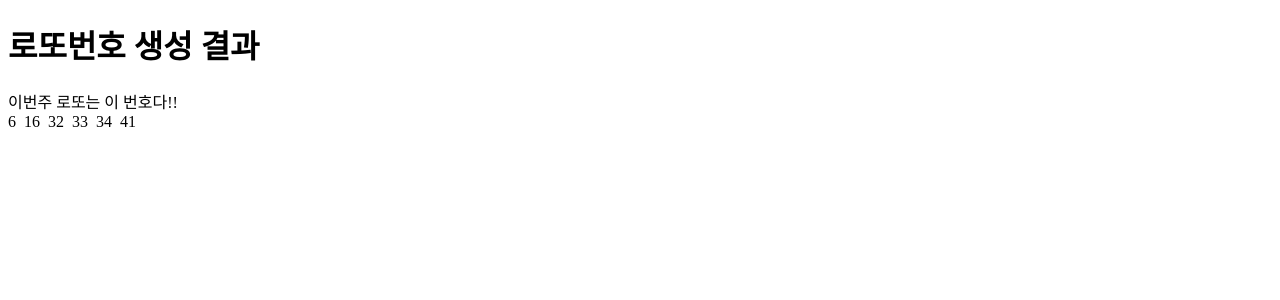
Repository: eun-chongzzz/jsp_practice
Page: http://localhost/JSPBasic/jspTag/TagQ03.jsp
These files come from the project's save history. The page is drawn as it stood at one moment and after the next save; the edit follows.
The browser window is 1280 px wide. The pictures show the whole page.
The page is served by Tomcat 9.

Above is the page before, as saved 2022-02-03 01:51:03.

### JSPBasic/src/main/webapp/jspTag/TagQ03.jsp
<%@ page import="java.util.*"%>
<%@ page language="java" contentType="text/html; charset=UTF-8"
    pageEncoding="UTF-8"%>
<!DOCTYPE html>
<html>
<head>
<meta charset="UTF-8">
<title>Insert title here</title>
</head>
<body>
	<h1>로또번호 생성 결과</h1>
	<p>이번주 로또는 이 번호다!!<br>
	<%
	List<Integer> lotto = new ArrayList<>();
	while(true) {
		int rn = (int)(Math.random() * 45) + 1;
		// contains(): 리스트 내부에 해당 객체가 존재하면 true
		if(!lotto.contains(rn)){
			lotto.add(rn);
		}
		if(lotto.size() == 6) {
			break;
		}
	}
	// 리스트의 오름차 정렬방법
	Collections.sort(lotto);

	for (Integer num : lotto){
		out.println(num + "&nbsp;");
		Thread.sleep(700); //CPU를 잠시 멈추는 메서드
		out.flush(); //브라우저의 출력 버퍼를 비우는 메서드.
	}
	%>

	</p>
</body>
</html>

After the next save:
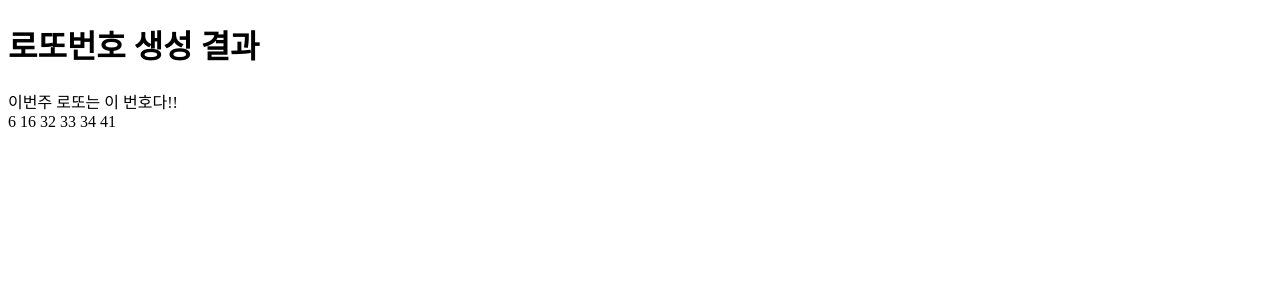
Saved 10 min 3 s later.
--- a/JSPBasic/src/main/webapp/jspTag/TagQ03.jsp
+++ b/JSPBasic/src/main/webapp/jspTag/TagQ03.jsp
@@ -26,7 +26,7 @@
 	Collections.sort(lotto);
 
 	for (Integer num : lotto){
-		out.println(num + "&nbsp;");
+		out.println(num );
 		Thread.sleep(700); //CPU를 잠시 멈추는 메서드
 		out.flush(); //브라우저의 출력 버퍼를 비우는 메서드.
 	}

After the save that followed:
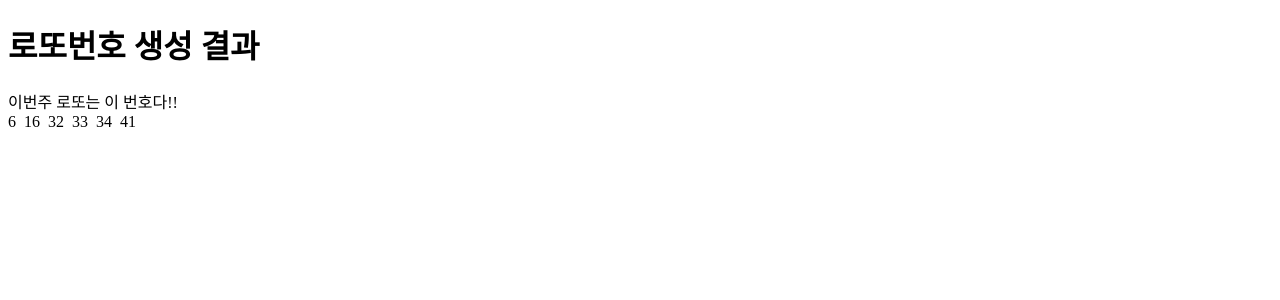
Saved 2 min 12 s later.
--- a/JSPBasic/src/main/webapp/jspTag/TagQ03.jsp
+++ b/JSPBasic/src/main/webapp/jspTag/TagQ03.jsp
@@ -14,7 +14,7 @@
 	List<Integer> lotto = new ArrayList<>();
 	while(true) {
 		int rn = (int)(Math.random() * 45) + 1;
-		// contains(): 리스트 내부에 해당 객체가 존재하면 true
+		// contains(): 리스트 내부에 해당 객체가 존재하면 true를 리턴.
 		if(!lotto.contains(rn)){
 			lotto.add(rn);
 		}
@@ -26,7 +26,7 @@
 	Collections.sort(lotto);
 
 	for (Integer num : lotto){
-		out.println(num );
+		out.println(num + "&nbsp;");
 		Thread.sleep(700); //CPU를 잠시 멈추는 메서드
 		out.flush(); //브라우저의 출력 버퍼를 비우는 메서드.
 	}
